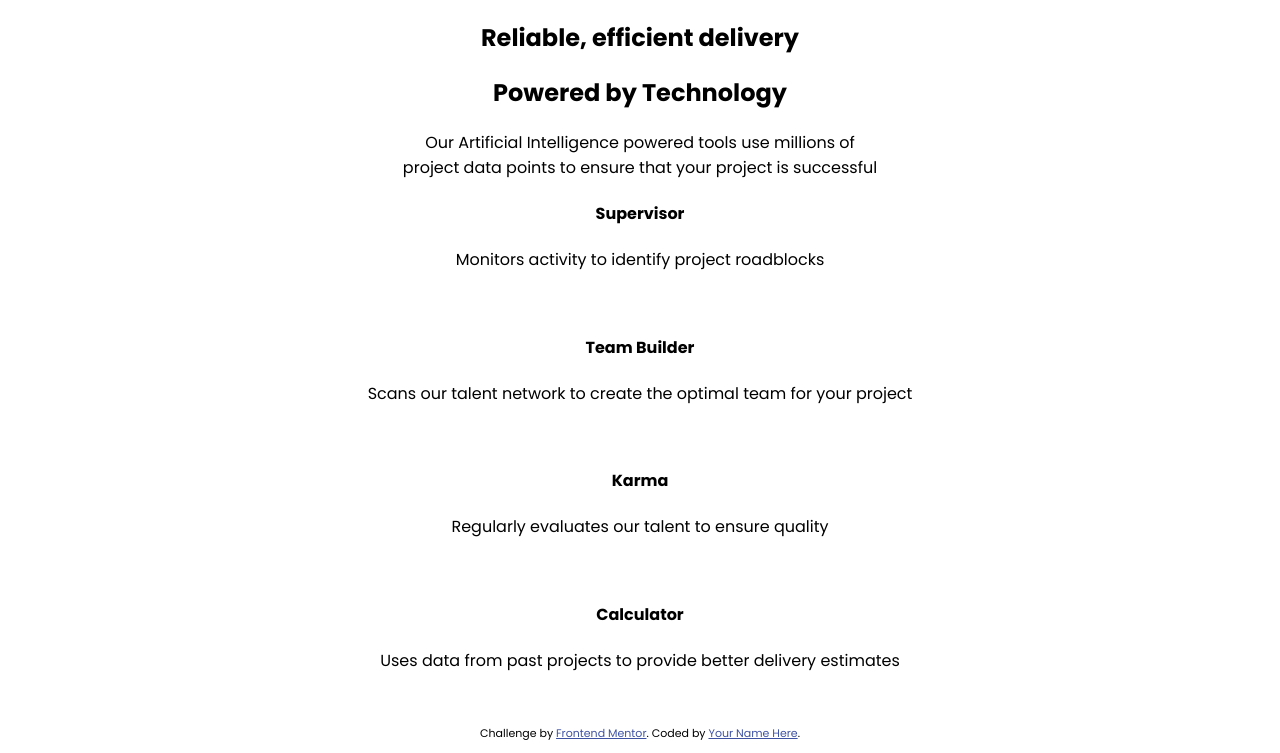
Repository: BuduCE/four-card-feature-section-master
Page: index.html
An editor plug-in stored every save of this project. The page is shown before and after the next save, followed by the edit.
The browser window is 1280 px wide. The pictures show the whole page.

Above is the page before, as saved 2023-06-01 22:11:59.

After the next save:
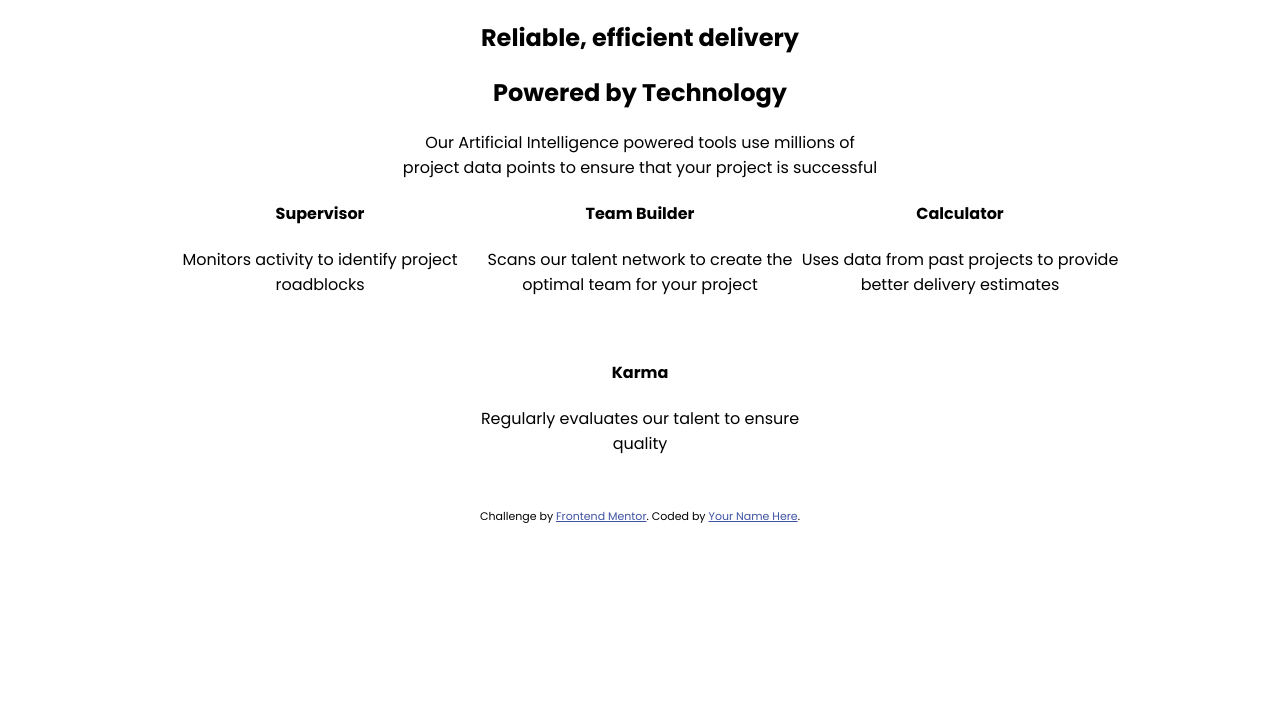
Saved 5 s later.
--- a/styles.css
+++ b/styles.css
@@ -19,5 +19,5 @@
 }
 .product_card{
     display: grid;
-    grid-template-columns: ;
+    grid-template-columns: 1fr 1fr 1fr;
 }

After the save that followed:
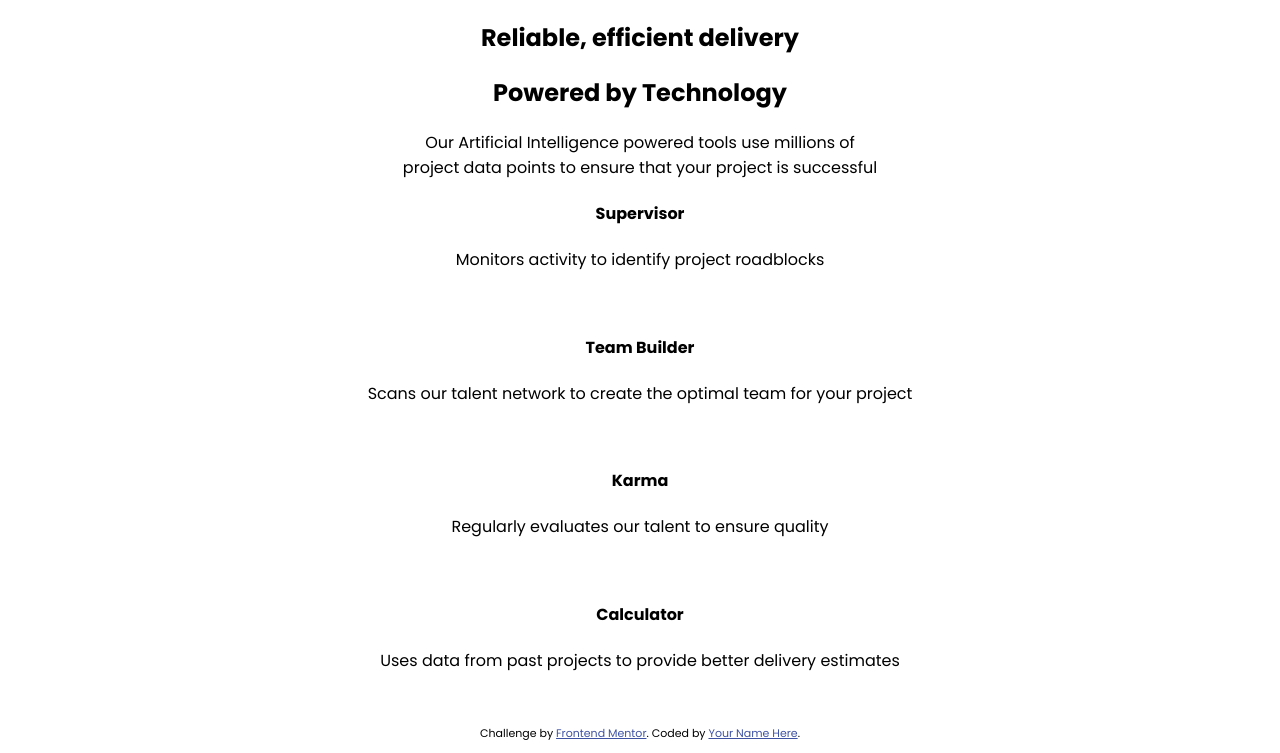
Saved 25 s later.
--- a/styles.css
+++ b/styles.css
@@ -18,6 +18,6 @@
     margin: auto;
 }
 .product_card{
-    display: grid;
-    grid-template-columns: 1fr 1fr 1fr;
+    /* display: grid;
+    grid-template-columns: 1fr 1fr 1fr; */
 }
